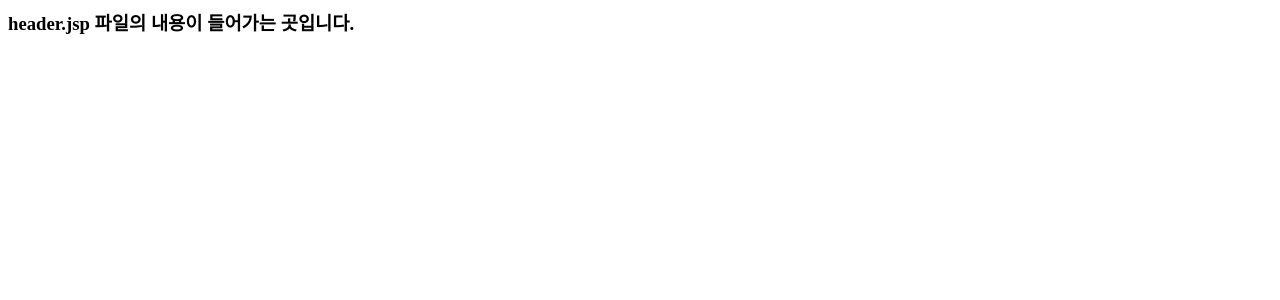
Repository: hyeri-seo/JSP
Page: http://localhost/JspExam/header.jsp
These files come from the project's save history. The page is drawn as it stood at one moment and after the next save; the edit follows.
The browser window is 1280 px wide. The pictures show the whole page.
The page is served by Tomcat 9.

Above is the page before, as saved 2023-09-19 06:28:51.

### JspExam/src/main/webapp/header.jsp
<%@ page language="java" contentType="text/html; charset=UTF-8"
    pageEncoding="UTF-8"%>
<h3>header.jsp 파일의 내용이 들어가는 곳입니다.</h3>

After the next save:
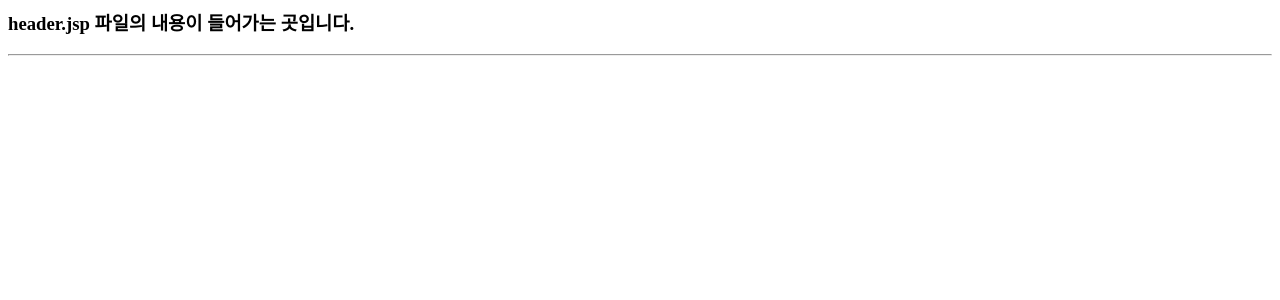
Saved 14 s later.
--- a/JspExam/src/main/webapp/header.jsp
+++ b/JspExam/src/main/webapp/header.jsp
@@ -1,3 +1,3 @@
 <%@ page language="java" contentType="text/html; charset=UTF-8"
     pageEncoding="UTF-8"%>
-<h3>header.jsp 파일의 내용이 들어가는 곳입니다.</h3>
+<h3>header.jsp 파일의 내용이 들어가는 곳입니다.</h3><hr>
